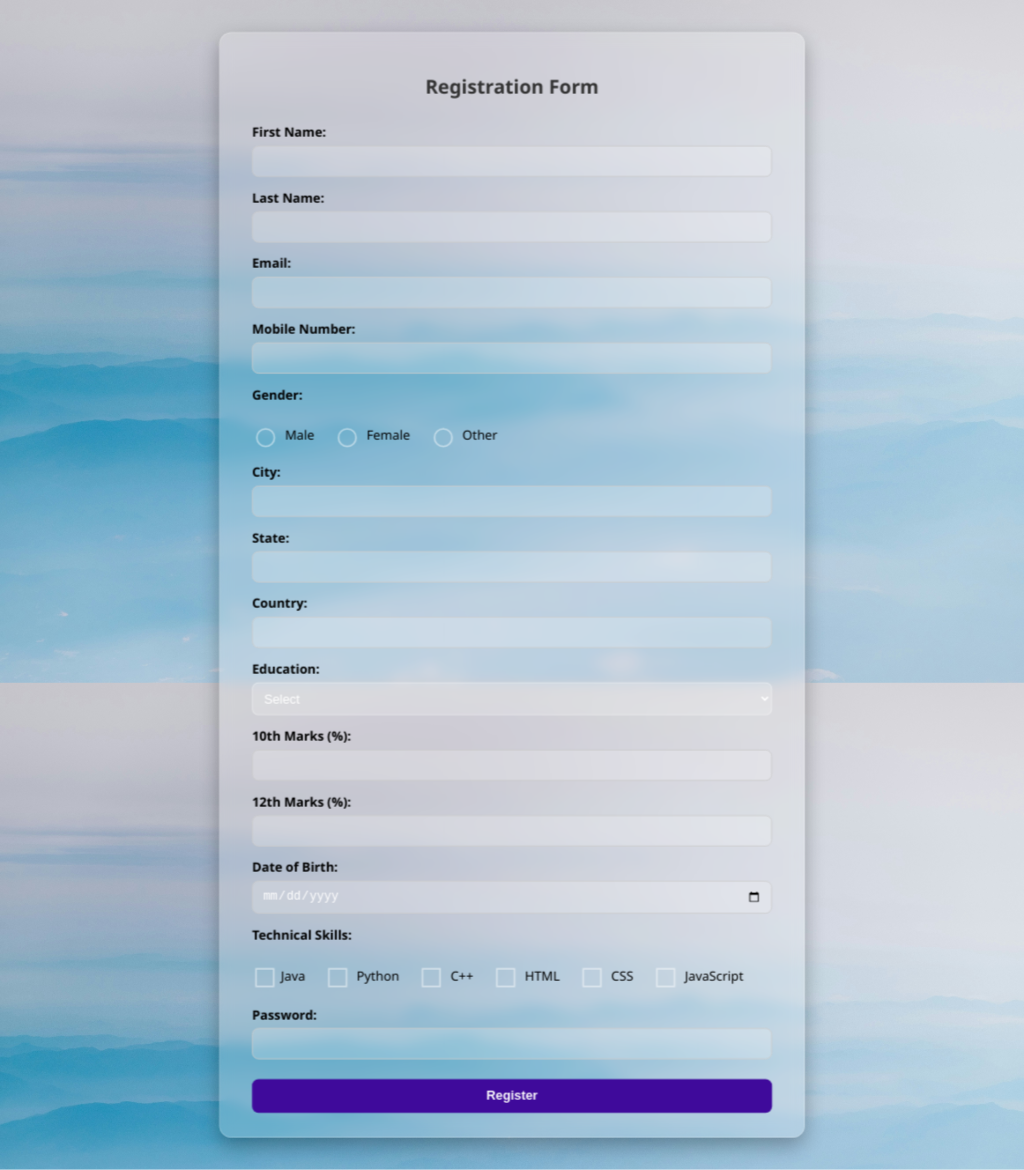
Repository: aboli-vyas/Servlet_Projects
Page: http://localhost/Sevlet_Project/Registration.html
An editor plug-in stored every save of this project. The page is shown before and after the next save, followed by the edit.
The browser window is 1280 px wide. The pictures show the whole page, at 80% of full size.
Backgrounds fixed to the window are drawn as part of the page. The page is served by Tomcat 9. Other server files are loaded and not shown.

Above is the page before, as saved 2025-06-07 04:15:01.

### Sevlet_Project/src/main/webapp/Registration.html
<!DOCTYPE html>
<html lang="en">
<head>
<meta charset="UTF-8">
<title>Registration Form</title>
<link rel="stylesheet" href="style.css">
</head>
<body>
	<form action="#" method="post">
		<div class="form-container">
			<h2>Registration Form</h2>

			<label for="firstname">First Name:</label>
			<input type="text" id="firstname" name="firstname" required>
			<label for="lastname">Last Name:</label>
			<input type="text" id="lastname" name="lastname" required>
			<label for="email">Email:</label>
			<input type="email" id="email" name="email" required>
			<label for="mobile">Mobile Number:</label>
			<input type="tel" id="mobile" name="mobile" required pattern="[0-9]{10}">
			<label>Gender:</label>
			<div class="gender">
				<label><input type="radio" name="gender" value="Male"
					required> Male</label> <label><input type="radio"
					name="gender" value="Female"> Female</label> <label><input
					type="radio" name="gender" value="Other"> Other</label>
			</div>

			<label for="city">City:</label>
			<input type="text" id="city" name="city" required>
			<label for="state">State:</label>
			<input type="text" id="state" name="state" required>
			<label for="country">Country:</label>
			<input type="text" id="country" name="country" required>
			<label for="education">Education:</label>
			<select id="education" name="education" required>
				<option value="">Select</option>
				<option value="High School">High School</option>
				<option value="Diploma">Diploma</option>
				<option value="Undergraduate">Undergraduate</option>
				<option value="Postgraduate">Postgraduate</option>
			</select>
			 <label for="tenth">10th Marks (%):</label>
			 <input type="number" id="tenth" name="tenth" required>
			 <label for="twelfth">12th Marks (%):</label>
			 <input type="number" id="twelfth" name="twelfth" required>

			<label for="dob">Date of Birth:</label>
			<input type="date" id="dob" name="dob" required>
			<label>Technical Skills:</label>
			<div class="checkbox-group">
				<label><input type="checkbox" name="skills" value="Java">Java</label> <label>
					<input type="checkbox" name="skills" value="Python"> Python</label>
					<label><input type="checkbox" name="skills" value="C++"> C++</label>
					<label><input type="checkbox" name="skills" value="HTML"> HTML</label>
					<label><input
					type="checkbox" name="skills" value="CSS"> CSS</label> <label><input
					type="checkbox" name="skills" value="JavaScript">
					JavaScript</label>
			</div>

			<label for="password">Password:</label> <input type="password"
				id="password" name="password" required>

			<button type="submit">Register</button>
		</div>
	</form>


</body>
</html>

### Sevlet_Project/src/main/webapp/style.css
body {
    font-family: 'Segoe UI', Tahoma, Geneva, Verdana, sans-serif;
    background: linear-gradient(120deg, #f6f9fc, #e0f7fa);
    background-image: url("Images/bg.jpg");
    background-size: cover;
    background-position: center;
    background-repeat: no-repeat;
    background-attachment: fixed;
    margin: 0;
    padding: 40px;
}

.form-container {
    max-width: 650px;
    margin: auto;
    padding: 30px 40px;
    border-radius: 15px;
    background-color: rgba(255, 255, 255, 0.2); /* light, soft transparency */
    color: #fff; /* Make text readable */
    box-shadow: 0 10px 25px rgba(0, 0, 0, 0.3);
    backdrop-filter: blur(8px); /* subtle blur for modern effect */
    -webkit-backdrop-filter: blur(8px); /* for Safari */
    border: 1px solid rgba(255, 255, 255, 0.3);
}

h2 {
    text-align: center;
    color: #333;
    margin-bottom: 30px;
}

form label {
    display: block;
    margin-top: 15px;
    font-weight: 600;
    color: black;
}

input[type="text"],
input[type="email"],
input[type="tel"],
input[type="number"],
input[type="date"],
input[type="password"],
select {
    width: 100%;
    padding: 10px 12px;
    margin-top: 6px;
    border: 1px solid #ccc;
    border-radius: 8px;
    box-sizing: border-box;
    font-size: 15px;
    transition: border 0.3s;
}

input:focus, select:focus {
    border-color: #00796b;
    outline: none;
}
input, select, textarea {
  background-color: rgba(255, 255, 255, 0.2);  /* semi-transparent white */
  border: 1px solid rgba(255, 255, 255, 0.4);  /* light border */
  color: #fff;                                  /* white text for readability */
  padding: 10px;
  border-radius: 8px;
  outline: none;
  font-size: 16px;
}

input::placeholder, textarea::placeholder {
  color: rgba(255, 255, 255, 0.7);             /* lighter placeholder text */
}


.gender,
.checkbox-group {
    margin-top: 8px;
    padding: 5px 0;
}

.gender label,
.checkbox-group label {
    display: inline-block;
    margin-right: 20px;
    font-weight: normal;
}

button {
    margin-top: 25px;
    width: 100%;
    padding: 12px;
    background: #3f0a9b ;
    color: white;
    border: none;
    font-size: 16px;
    font-weight: bold;
    border-radius: 8px;
    cursor: pointer;
    transition: background 0.3s;
}

button:hover {
    background: white;
    color: black;
}
/* Hide native input */
input[type="checkbox"],
input[type="radio"] {
  appearance: none;
  -webkit-appearance: none;
  -moz-appearance: none;
  width: 20px;
  height: 20px;
  border: 2px solid rgba(255, 255, 255, 0.5); /* semi-transparent border */
  background-color: transparent;
  cursor: pointer;
  border-radius: 0; /* square for checkbox */
  position: relative;
  vertical-align: middle;
  margin-right: 8px;
}

/* Make radio buttons circular */
input[type="radio"] {
  border-radius: 50%;
}

/* Checked state styling */
input[type="checkbox"]:checked {
  background-color: rgba(255, 255, 255, 0.7); /* visible fill */
  border-color: rgba(255, 255, 255, 0.7);
}

/* For radio, show inner circle on checked */
input[type="radio"]:checked {
  background-color: rgba(255, 255, 255, 0.7);
  border-color: rgba(255, 255, 255, 0.7);
}

input[type="radio"]:checked::after {
  content: "";
  display: block;
  width: 10px;
  height: 10px;
  background: rgba(0, 0, 0, 0.8);
  border-radius: 50%;
  position: absolute;
  top: 4px;
  left: 4px;
}

After the next save:
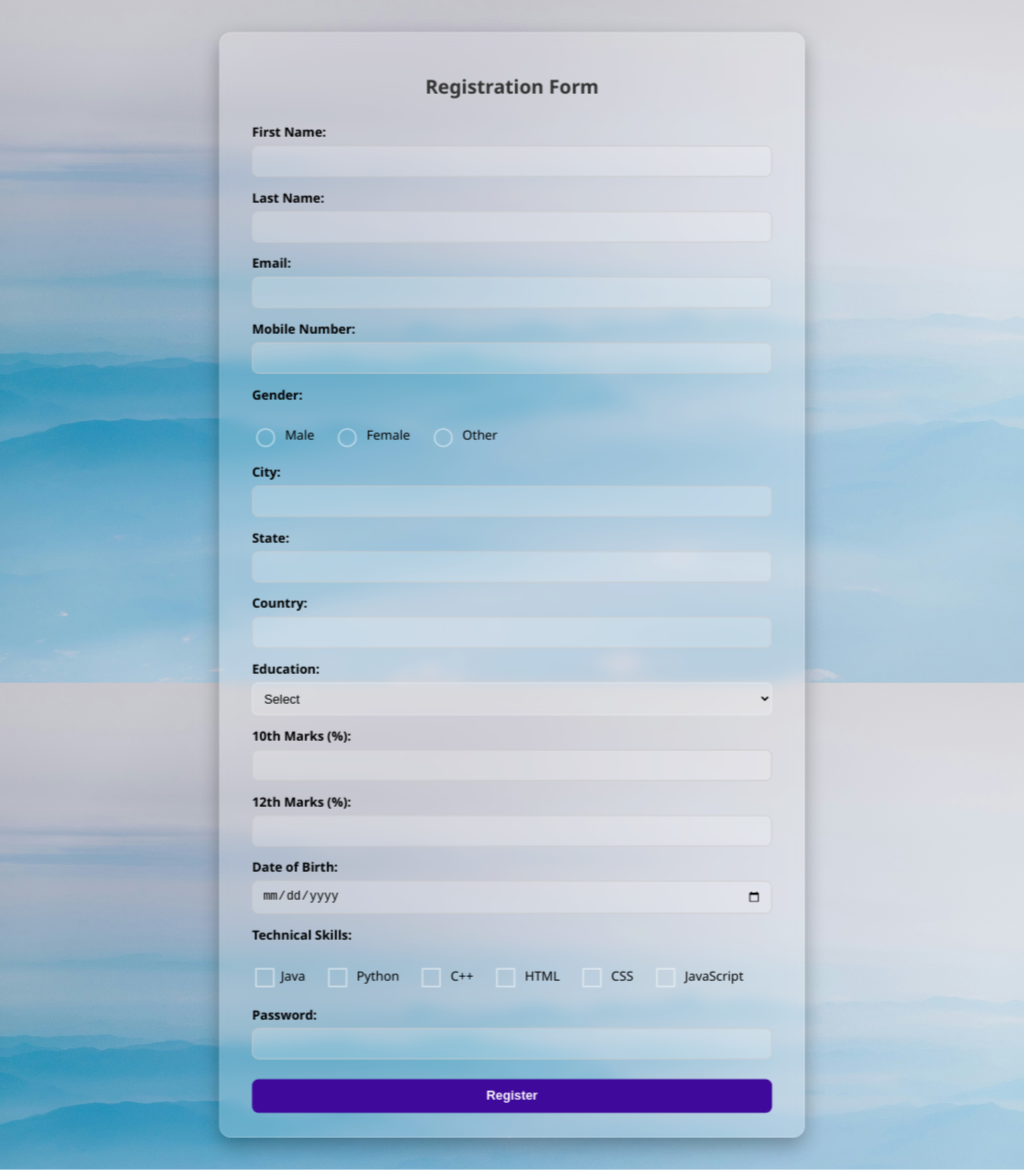
Saved 10 s later.
--- a/Sevlet_Project/src/main/webapp/style.css
+++ b/Sevlet_Project/src/main/webapp/style.css
@@ -59,8 +59,7 @@ input:focus, select:focus {
 }
 input, select, textarea {
   background-color: rgba(255, 255, 255, 0.2);  /* semi-transparent white */
-  border: 1px solid rgba(255, 255, 255, 0.4);  /* light border */
-  color: #fff;                                  /* white text for readability */
+  border: 1px solid rgba(255, 255, 255, 0.4);  /* light border */                                /* white text for readability */
   padding: 10px;
   border-radius: 8px;
   outline: none;
